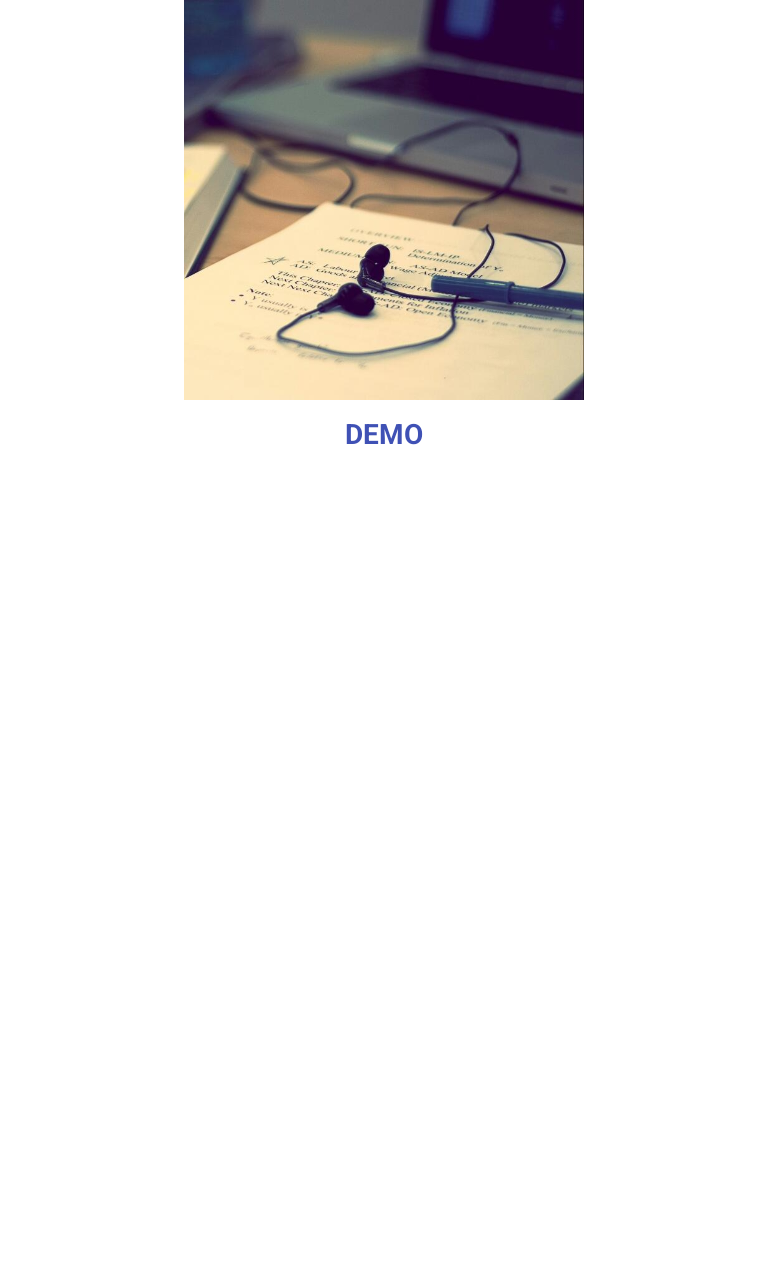
Repository: Harshil737/Career-Launcher
Layout: CareerLauncher/res/layout/item_start_quiz.xml
An editor plug-in stored every save of this project. The layout is shown before and after the next save, followed by the edit.
It is drawn on a 768 x 1280 px phone screen (xhdpi) without system bars, with theme AppTheme; the app's code is not run.

Above is the layout before, as saved 2017-11-04 12:31:34.

After the next save:
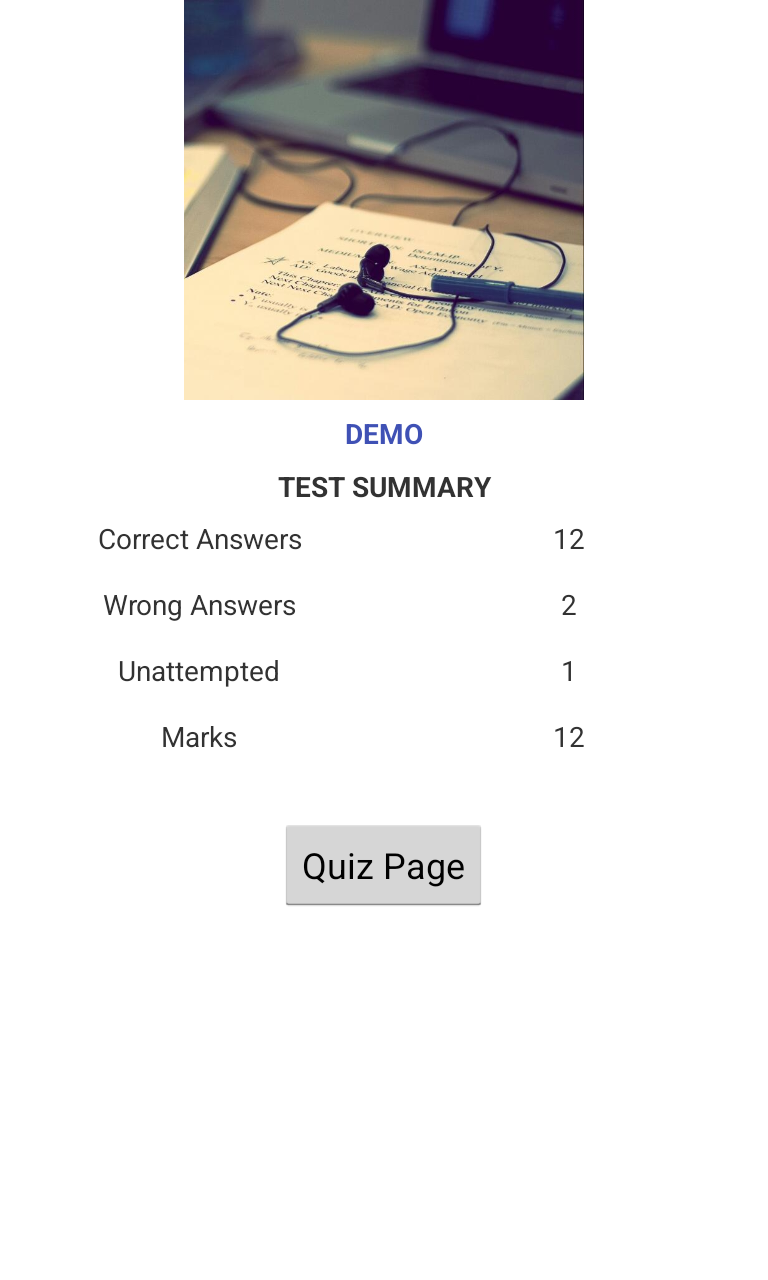
Saved 61 s later.
--- a/CareerLauncher/res/layout/item_start_quiz.xml
+++ b/CareerLauncher/res/layout/item_start_quiz.xml
@@ -22,4 +22,115 @@
         android:layout_width="match_parent"
         android:layout_height="0.5dp" />
 
+    <LinearLayout
+        android:layout_width="match_parent"
+        android:layout_height="wrap_content"
+        android:layout_centerVertical="true"
+        android:gravity="center_vertical"
+        android:orientation="vertical" >
+
+        <TextView
+            android:layout_width="match_parent"
+            android:layout_height="wrap_content"
+            android:gravity="center_horizontal"
+            android:text="TEST SUMMARY"
+            android:textStyle="bold" />
+
+        <LinearLayout
+            android:layout_width="match_parent"
+            android:layout_height="wrap_content"
+            android:layout_margin="7dp"
+            android:orientation="horizontal" >
+
+            <TextView
+                android:layout_width="0dp"
+                android:layout_height="wrap_content"
+                android:layout_weight="1"
+                android:gravity="center_horizontal"
+                android:text="Correct Answers" />
+
+            <TextView
+                android:id="@+id/test_result_tv_correct"
+                android:layout_width="0dp"
+                android:layout_height="wrap_content"
+                android:layout_weight="1"
+                android:gravity="center_horizontal"
+                android:text="12" />
+        </LinearLayout>
+
+        <LinearLayout
+            android:layout_width="match_parent"
+            android:layout_height="wrap_content"
+            android:layout_margin="7dp"
+            android:orientation="horizontal" >
+
+            <TextView
+                android:layout_width="0dp"
+                android:layout_height="wrap_content"
+                android:layout_weight="1"
+                android:gravity="center_horizontal"
+                android:text="Wrong Answers" />
+
+            <TextView
+                android:id="@+id/test_result_tv_wrong"
+                android:layout_width="0dp"
+                android:layout_height="wrap_content"
+                android:layout_weight="1"
+                android:gravity="center_horizontal"
+                android:text="2" />
+        </LinearLayout>
+
+        <LinearLayout
+            android:layout_width="match_parent"
+            android:layout_height="wrap_content"
+            android:layout_margin="7dp"
+            android:orientation="horizontal" >
+
+            <TextView
+                android:layout_width="0dp"
+                android:layout_height="wrap_content"
+                android:layout_weight="1"
+                android:gravity="center_horizontal"
+                android:text="Unattempted" />
+
+            <TextView
+                android:id="@+id/test_result_tv_unattempted"
+                android:layout_width="0dp"
+                android:layout_height="wrap_content"
+                android:layout_weight="1"
+                android:gravity="center_horizontal"
+                android:text="1" />
+        </LinearLayout>
+
+        <LinearLayout
+            android:layout_width="match_parent"
+            android:layout_height="wrap_content"
+            android:layout_margin="7dp"
+            android:orientation="horizontal" >
+
+            <TextView
+                android:layout_width="0dp"
+                android:layout_height="wrap_content"
+                android:layout_weight="1"
+                android:gravity="center_horizontal"
+                android:text="Marks" />
+
+            <TextView
+                android:id="@+id/test_result_tv_marks"
+                android:layout_width="0dp"
+                android:layout_height="wrap_content"
+                android:layout_weight="1"
+                android:gravity="center_horizontal"
+                android:text="12" />
+        </LinearLayout>
+
+        <Button
+            android:id="@+id/test_result_btn_home"
+            android:layout_width="wrap_content"
+            android:layout_height="wrap_content"
+            android:layout_gravity="center_horizontal"
+            android:layout_marginTop="24dp"
+            android:text="Quiz Page" />
+    </LinearLayout>
+
 </LinearLayout>
